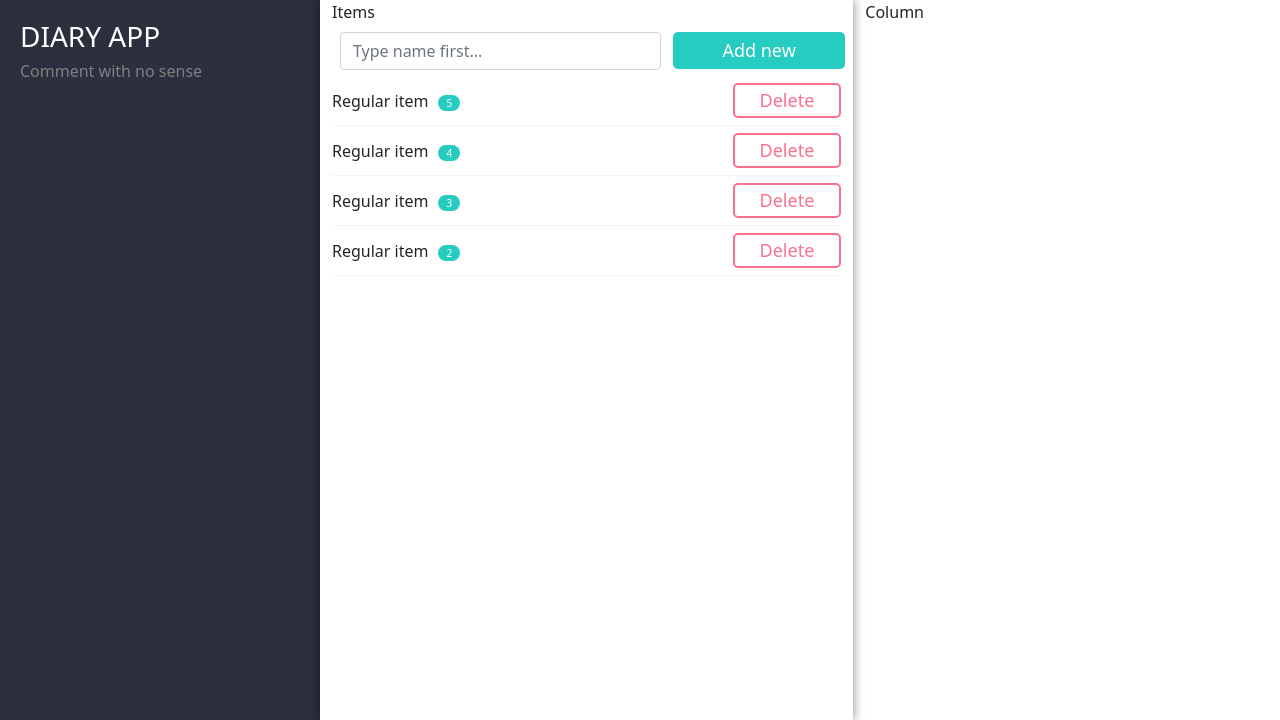
Repository: tsydikov/diary
Page: /
An editor plug-in stored every save of this project. The page is shown before and after a run of saves, followed by the edit.
The browser window is 1280 px wide. The pictures show the whole page.
The project was rebuilt for these pictures with package versions that can differ from the ones it lists, and the page was loaded fresh each time.

Above is the page before, as saved 2021-09-10 21:22:34.

### public/index.html
<!DOCTYPE html>
<html lang="en">
  <head>
    <meta charset="utf-8" />
    <meta name="viewport" content="width=device-width, initial-scale=1" />
    <link href="https://cdn.jsdelivr.net/npm/bootstrap@5.1.1/dist/css/bootstrap.min.css" rel="stylesheet" integrity="sha384-F3w7mX95PdgyTmZZMECAngseQB83DfGTowi0iMjiWaeVhAn4FJkqJByhZMI3AhiU" crossorigin="anonymous">
    <title>Diary App</title>
  </head>
  <body>
    <noscript>You need to enable JavaScript to run this app.</noscript>
    <div id="root"></div>
  </body>
</html>

### src/App.js
import React, { useState } from "react";
import Navbar from "./UI/Navbar/Navbar";
import './styles/App.css'
import Items from "./components/Items";
import ItemForm from "./components/ItemForm";

function App() {
  const [items, setItems] = useState([
    { id: 1, title: 'Regular item', comments: [1, 2, 3, 4, 5] },
    { id: 2, title: 'Regular item', comments: [1, 2, 3, 4] },
    { id: 3, title: 'Regular item', comments: [1, 2, 3] },
    { id: 4, title: 'Regular item', comments: [1, 2] },
  ])
  const createItem = (newItem) => {
    setItems([...items, newItem])
  }


  return (
    <div className="container-fluid" >
      <div className="row " >
        <div className="col-3 px-0" >
          <Navbar />
        </div>
        <div className="col-5 items_cotainer">
          <ItemForm create={createItem}/>
          <Items items={items} />
        </div>
        <div className="col-4">
          Column
    </div>
      </div>
    </div>
  );
}

export default App;

### src/UI/Navbar/Navbar.jsx
import React from 'react';
import cl from './Navbar.module.css'
// style={{background:'red'}}
const Navbar = () => {
    return (
        <div className={cl.container} >
            <h1>diary app</h1>
            <h3>Comment with no sense</h3>
        </div>
    );
};

export default Navbar;

### src/styles/App.css
* {
    margin: 0;
    padding: 0;
    box-sizing: border-box;
}

#root {
    display: flex;
    flex-direction: column;
    align-items: center;
}

.item_cotainer {
    display: flex;
    justify-content: space-between;
    align-items: center;
    padding: 5px 0;
}

.item_cotainer span {
    font-size: 10px;
    color: white;
    background-color: #27ccc0;
    border-radius: 20px;
    margin: 0 10px;
    padding: 1px 8px;
}

hr {
    margin: 2px 0;
    background: lightgray;
    /* background: tomato; */
}

.items_cotainer {
    box-shadow: 0 0 10px rgba(0,0,0,0.5);
}

### src/components/Items.jsx
import React from 'react';
import Item from './Item';

const Items = ({items}) => {

    return (
        <div>
            {items.map(item =>
                <div>
                    <Item item={item} key={item.id} />
                    <hr />
                </div>
            )}
        </div>
    );
};

export default Items;

### src/components/ItemForm.jsx
import React, { useState } from 'react';
import Button from '../UI/Buttons/Button';

const ItemForm = ({create}) => {
    const [title, setTitle] = useState('')

    const addNewItem = (e) => {
        e.preventDefault()
        const newItem = {
          id: Date.now(),
          title,
          comments: []
        }
        create(newItem)
        setTitle('')
      }

    return (
        <div className="container-fluid px-0" >
            Items
            <div className="row p-2">
              <div className="col-8 ">
                <input
                  value={title}
                  onChange={e => setTitle(e.target.value)}
                  className="form-control me-2"
                  type="text"
                  placeholder="Type name first..."
                />
              </div>
              <div className="col-4 p-0">
                <Button onClick={addNewItem} >Add new</Button>
              </div>
            </div>
          </div>
    );
};

export default ItemForm;

### src/UI/Navbar/Navbar.module.css
.container {
    background: #2b2f3e;
    height: 100vh;
    padding: 20px;
    /* width: initial; */
}

.container h1 {
    text-transform: uppercase;
    color:white;
    font-size: 28px;
    font-weight:200;
}

.container h3 {
    color:grey;
    font-size: 16px;
    font-weight:200;
}

### src/components/Item.jsx
import React from 'react';
import ButtonDelete from '../UI/Buttons/ButtonDelete';

const Item = (props) => {
    return (
        <div className="item_cotainer">
              <div>
                {props.item.title}<span>{props.item.comments.length}</span>
              </div>
              <ButtonDelete>
                Delete
                </ButtonDelete>
            </div>
    );
};

export default Item;

### src/UI/Buttons/Button.jsx
import React from 'react'
import cl from "./Button.module.css";

const Button = ({ children, ...props }) => {
    return (
        <button {...props} className={cl.Btn}>
            {children}
        </button>
    )
}

export default Button;

### src/UI/Buttons/ButtonDelete.jsx
import React from 'react'
import cl from "./Button.module.css";

const ButtonDelete = ({ children, ...props }) => {
    return (
        <button {...props} className={cl.BtnDel}>
            {children}
        </button>
    )
}

export default ButtonDelete;

### src/UI/Buttons/Button.module.css
.Btn {
    padding: 5px 10px;
    color: white;
    font-size: 18px;
    border: none;
    cursor: pointer;
    background-color: #27ccc0;
    border-radius: 5px;
    display:flex;
    align-items:stretch;
    justify-content: center;
    text-align: center;
    width: 100%;
}
.BtnDel {
    padding: 2px 25px;
    color: #fb718d;
    font-size: 18px;
    border: 2px solid #fb718d;
    cursor: pointer;
    background-color: white;
    border-radius: 5px;
    display:flex;
    align-items:stretch;
    text-align: center;
}

/* .BtnCancel svg {
    height: 1rem;
    padding-right: 5px;
    padding-bottom: 3px;
} */

Loaded but not shown: src/index.js (common file)

After the next 2 saves:
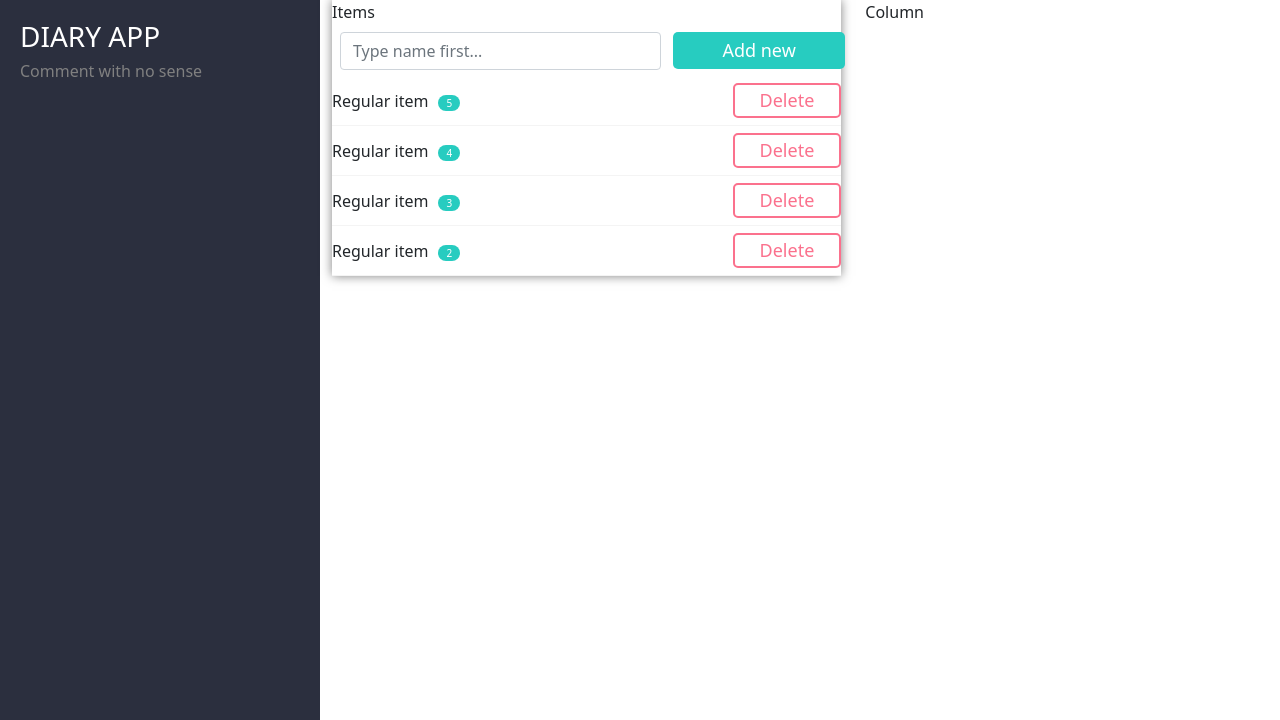
The 2 saves are shown as one change because they came seconds apart.
The last was saved 65 s later.
--- a/src/App.js
+++ b/src/App.js
@@ -22,9 +22,11 @@ function App() {
         <div className="col-3 px-0" >
           <Navbar />
         </div>
-        <div className="col-5 items_cotainer">
-          <ItemForm create={createItem}/>
-          <Items items={items} />
+        <div className="col-5">
+          <div className="items_cotainer">
+            <ItemForm create={createItem} />
+            <Items items={items} />
+          </div>
         </div>
         <div className="col-4">
           Column
